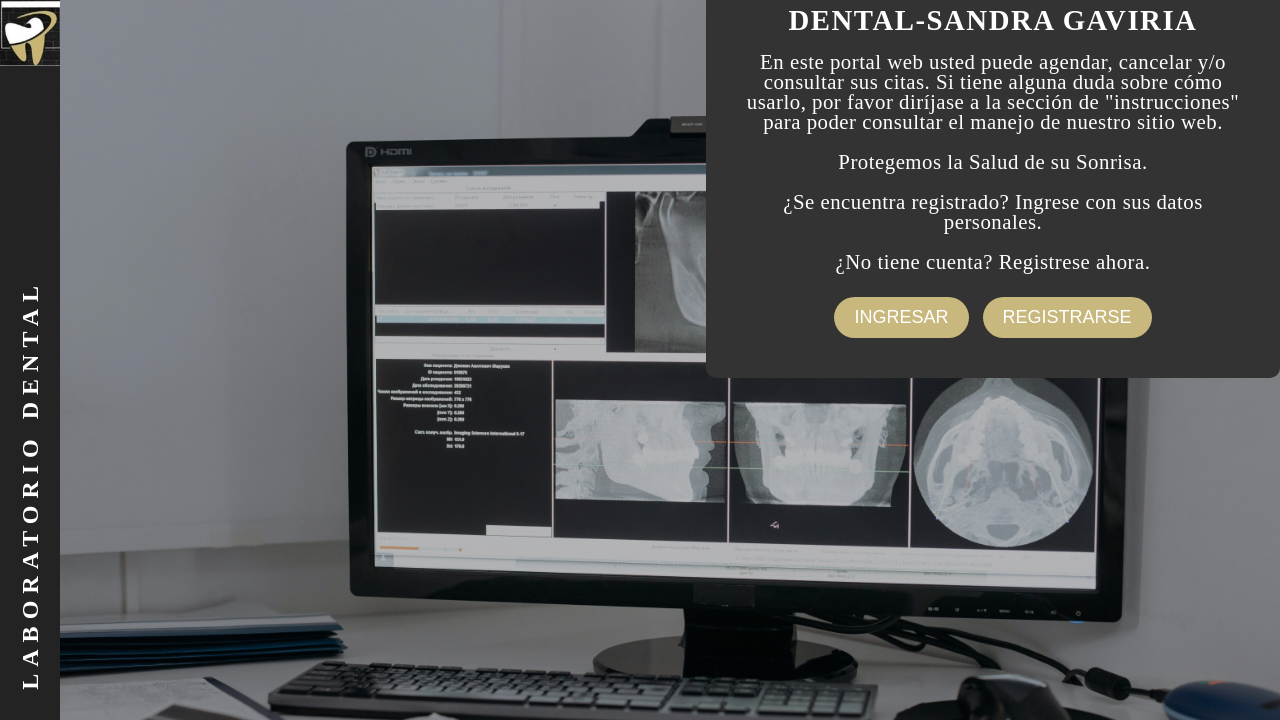
Repository: IIntef/ProyectoDental2.0
Page: Proyecto/Proyecto/Fer.html
These files come from the project's save history. The page is drawn as it stood at one moment and after the next save; the edit follows.
The browser window is 1280 px wide. The pictures show the whole page.
Backgrounds fixed to the window are drawn as part of the page.

Above is the page before, as saved 2024-06-14 16:53:33.

After the next save:
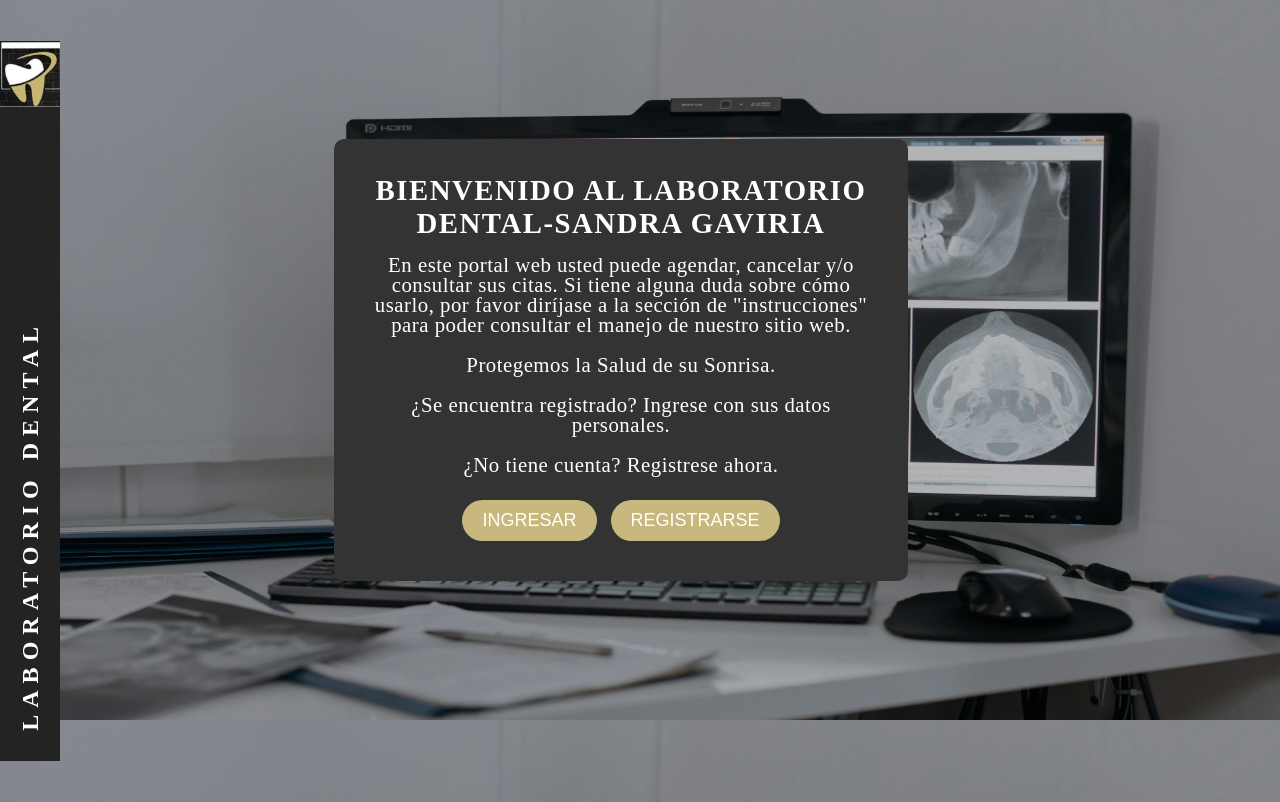
Saved 20 s later.
--- a/Proyecto/Proyecto/StyleFer.css
+++ b/Proyecto/Proyecto/StyleFer.css
@@ -41,8 +41,8 @@ main{
     width: 70vw;
     max-width: 70vh;
     border-radius: 10px;
-    margin-left: auto; /* Empujar hacia la derecha */
-    margin-top: 5vh; /* Centrar verticalmente usando un margen */
+    margin-left:0%; /* Empujar hacia la derecha */
+    margin-top: 50vh; /* Centrar verticalmente usando un margen */
     transform: translateY(-50%);
 }
 body {
